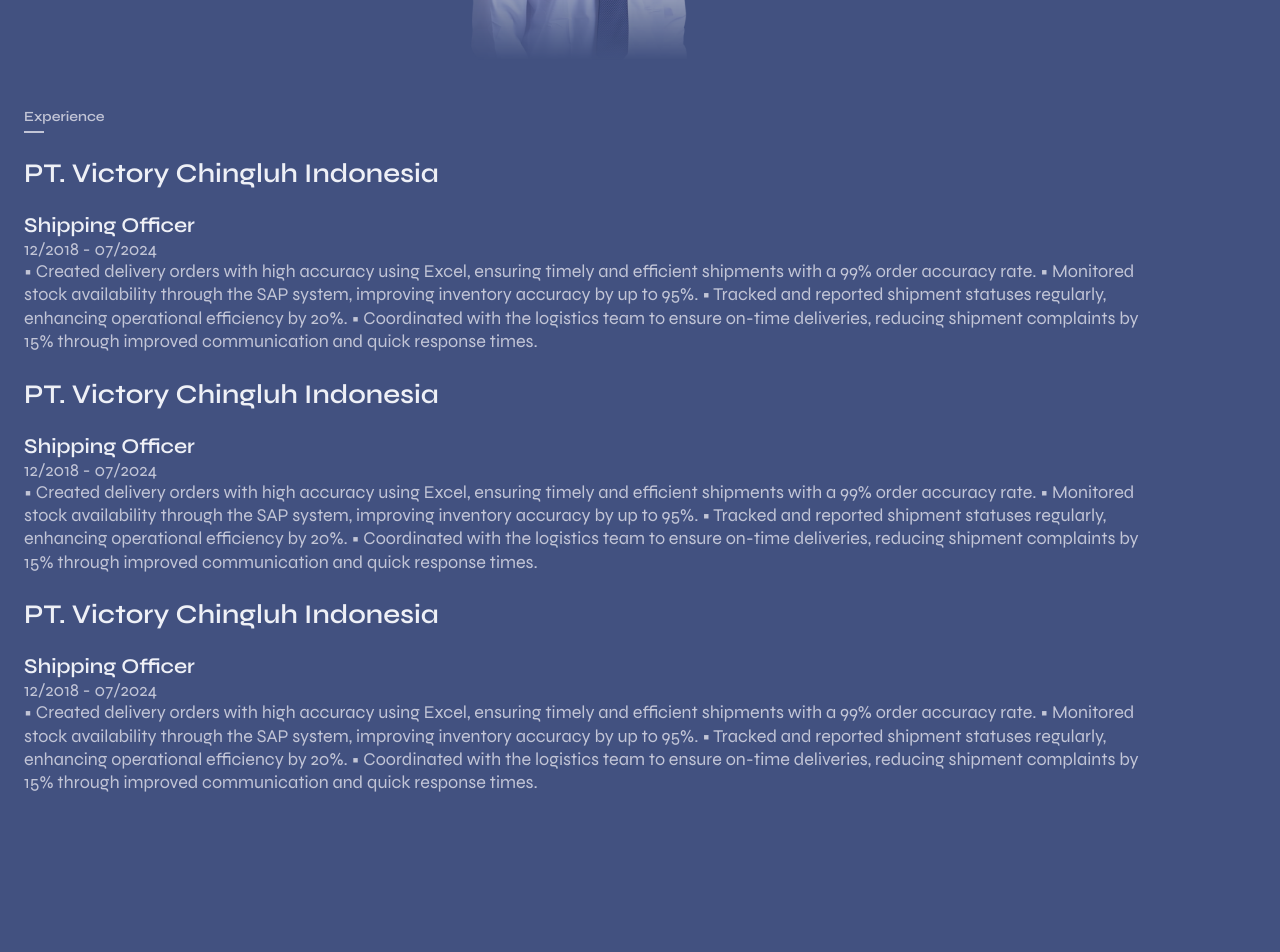
Repository: Ademaulana100499/portofolio
Page: index.html
These files come from the project's save history. The page is drawn as it stood at one moment and after the next save; the edit follows.
The browser window is 1280 px wide. The pictures show the part of the page from y = 5495 to 6447 px (the page is 6594 px tall before and 6577 px after).
A picture or video elsewhere on the page could not be fetched, so the positions and the page height are approximate. Some web fonts or font styles are not loaded; a fallback is used.

Above is the page before, as saved 2024-11-29 15:04:59.

### index.html
<!DOCTYPE html>
<html lang="en">
  <head>
    <meta charset="UTF-8" />
    <meta name="viewport" content="width=device-width, initial-scale=1.0" />
    <title>AMgrowth</title>
    <link rel="shortcut icon" href="assets/img/Favicon.png" />
    <link
      href="https://cdn.jsdelivr.net/npm/remixicon/fonts/remixicon.css"
      rel="stylesheet"
    />
    <link rel="stylesheet" href="assets/css/style.css" />
  </head>
  <body>
    <!-- HEADER -->
    <header class="header" id="header">
      <nav class="nav container">
        <a href="#" class="nav__logo">AMgrowth</a>
        <div class="nav__menu" id="nav-menu">
          <ul class="nav__list">
            <li>
              <a href="#home" class="nav__link">Home</a>
            </li>
            <li>
              <a href="#project" class="nav__link">Project</a>
            </li>
            <li>
              <a href="#info" class="nav__link">My Info</a>
            </li>
            <li>
              <a href="#services" class="nav__link">Services</a>
            </li>
            <li>
              <a href="#contact" class="nav__link">Contact Me</a>
            </li>
          </ul>
          <!-- Close Button -->
          <div class="nav__close" id="nav-close">
            <i class="ri-close-line"></i>
          </div>
        </div>

        <!-- Toggle Button -->
        <div class="nav__toggle" id="nav-toggle">
          <i class="ri-menu-line"></i>
        </div>
      </nav>
    </header>

    <!-- MAIN -->
    <main class="main" id="main">
      <!-- HOME -->
      <section class="home section" id="home">
        <div class="home__container container grid">
          <img src="assets/img/Photo.png" alt="image" class="home__img" />
          <div class="home__data">
            <h1 class="home__name">
              Ade <br />
              Maulana
            </h1>
            <h3 class="home__profession">Front-End Web Developer</h3>
          </div>
          <a href="#project" class="home__scroll">
            <div class="home__scroll-box">
              <i class="ri-arrow-down-line"></i>
            </div>
            <span class="home__scroll-text">Recent Project</span>
          </a>
        </div>
      </section>
      <!-- PROJECT -->
      <section class="project section" id="project">
        <h2 class="section__title">RECENT PROJECT</h2>
        <div class="project__container container grid">
          <article class="project__card">
            <a href="#" target="_blank" class="project__overlay"></a
            ><a href="#" target="_blank" class="project__link">
              <h2 class="project__title">To-Do List Website</h2>
              <p class="project__description">
                A simple web app to create, manage, and store tasks with a
                responsive interface and localStorage support.
              </p>
              <img
                src="assets/img/to-do-list-web.png"
                alt="image"
                class="project__img"
              />
              <i class="ri-arrow-right-line"> </i>
            </a>
          </article>
          <article class="project__card">
            <a href="#" target="_blank" class="project__overlay"></a
            ><a href="#" target="_blank" class="project__link">
              <h2 class="project__title">Cafe Website</h2>
              <p class="project__description">
                A modern website for a café showcasing its menu, ambiance
                gallery, and location, complete with an online reservation
                feature for a seamless customer experience.
              </p>
              <img
                src="assets/img/cafe web.jpg"
                alt="image"
                class="project__img"
              />
              <i class="ri-arrow-right-line"> </i>
            </a>
          </article>
          <article class="project__card">
            <a href="#" target="_blank" class="project__overlay"></a
            ><a href="#" target="_blank" class="project__link">
              <h2 class="project__title">Movie Website</h2>
              <p class="project__description">
                A website that helps users discover movies based on their
                preferences and interests. It features personalized
                recommendations, movie ratings, and genre-based categories,
                allowing users to easily find films they might enjoy.
              </p>
              <img
                src="assets/img/movies web.png"
                alt="image"
                class="project__img"
              />
              <i class="ri-arrow-right-line"> </i>
            </a>
          </article>
          <article class="project__card">
            <a href="#" target="_blank" class="project__overlay"></a
            ><a href="#" target="_blank" class="project__link">
              <h2 class="project__title">Blog Website</h2>
              <p class="project__description">
                A platform where users can read and share articles on various
                topics, with features such as categories, comments, and search
                functionality, offering a seamless reading and interaction
                experience.
              </p>
              <img
                src="assets/img/blog web.jpg"
                alt="image"
                class="project__img"
              />
              <i class="ri-arrow-right-line"> </i>
            </a>
          </article>
          <article class="project__card">
            <a href="#" target="_blank" class="project__overlay"></a
            ><a href="#" target="_blank" class="project__link">
              <h2 class="project__title">Fitness Website</h2>
              <p class="project__description">
                A website designed for gyms or personal trainers, featuring
                class schedules, available services, workout tips, and the
                option for online booking or membership registration, providing
                users with a convenient way to manage their fitness journey.
              </p>
              <img
                src="assets/img/fittnes web.avif"
                alt="image"
                class="project__img"
              />
              <i class="ri-arrow-right-line"> </i>
            </a>
          </article>
        </div>
      </section>
      <!-- INFO -->
      <section class="info section" id="info">
        <h2 class="section__title">MY INFO</h2>
        <div class="info__container container grid">
          <!-- ABOUT -->
          <div class="about grid">
            <div class="about__content">
              <h3 class="info__title">About Me</h3>
              <p class="about__description">
                I am a <b>Front-End Web Developer</b> skilled in creating
                responsive and interactive web interfaces using <b>HTML</b>,
                <b>CSS</b>, and <b>JavaScript</b>. Experienced with
                <b>React.js</b>, I strive to deliver creative and functional
                solutions to enhance user experience.
              </p>
              <a
                href="assets/pdf/CV Ade Maulana.pdf"
                download="CV Ade Maulana.pdf"
                target="_blank"
                class="button about__button"
                >Download CV</a
              >
            </div>

            <img src="assets/img/Photo2.png" alt="image" class="about__img" />
          </div>
          <!-- EXPERIENCE -->
          <div class="experience">
            <h3 class="info__title">Experience</h3>
            <div class="experience__content grid">
              <div class="experience__data grid">
                <h2 class="experience__company">
                  PT. Victory Chingluh Indonesia
                </h2>
                <div>
                  <h3 class="experience__professsion">Shipping Officer</h3>
                  <span class="experience__date">12/2018 - 07/2024</span>
                  <p class="experience__description">
                    • Created delivery orders with high accuracy using Excel,
                    ensuring timely and efficient shipments with a 99% order
                    accuracy rate. • Monitored stock availability through the
                    SAP system, improving inventory accuracy by up to 95%. •
                    Tracked and reported shipment statuses regularly, enhancing
                    operational efficiency by 20%. • Coordinated with the
                    logistics team to ensure on-time deliveries, reducing
                    shipment complaints by 15% through improved communication
                    and quick response times.
                  </p>
                </div>
              </div>
              <div class="experience__data grid">
                <h2 class="experience__company">
                  PT. Victory Chingluh Indonesia
                </h2>
                <div>
                  <h3 class="experience__professsion">Shipping Officer</h3>
                  <span class="experience__date">12/2018 - 07/2024</span>
                  <p class="experience__description">
                    • Created delivery orders with high accuracy using Excel,
                    ensuring timely and efficient shipments with a 99% order
                    accuracy rate. • Monitored stock availability through the
                    SAP system, improving inventory accuracy by up to 95%. •
                    Tracked and reported shipment statuses regularly, enhancing
                    operational efficiency by 20%. • Coordinated with the
                    logistics team to ensure on-time deliveries, reducing
                    shipment complaints by 15% through improved communication
                    and quick response times.
                  </p>
                </div>
              </div>
              <div class="experience__data grid">
                <h2 class="experience__company">
                  PT. Victory Chingluh Indonesia
                </h2>
                <div>
                  <h3 class="experience__professsion">Shipping Officer</h3>
                  <span class="experience__date">12/2018 - 07/2024</span>
                  <p class="experience__description">
                    • Created delivery orders with high accuracy using Excel,
                    ensuring timely and efficient shipments with a 99% order
                    accuracy rate. • Monitored stock availability through the
                    SAP system, improving inventory accuracy by up to 95%. •
                    Tracked and reported shipment statuses regularly, enhancing
                    operational efficiency by 20%. • Coordinated with the
                    logistics team to ensure on-time deliveries, reducing
                    shipment complaints by 15% through improved communication
                    and quick response times.
                  </p>
                </div>
              </div>
            </div>
          </div>
          <!-- SKILLS -->
          <div class="skills"></div>
        </div>
      </section>
      <!-- SERVICES -->
      <section class="services section" id="services"></section>
      <!-- CONTACT -->
      <section class="contact section" id="contact"></section>
    </main>

    <!-- FOOTER -->
    <footer class="footer" id="footer"></footer>
    <!-- SCROLL UP -->
    <!-- SCROLLREVEAL -->
    <script src=""></script>
    <!-- EMAIL JS -->
    <script src=""></script>
    <!-- MAIN JS -->
    <script src="assets/js/main.js"></script>
  </body>
</html>

### assets/css/style.css
@import url("https://fonts.googleapis.com/css2?family=Kite+One&family=Oooh+Baby&family=Orelega+One&family=Poppins:ital,wght@0,100;0,200;0,300;0,400;0,500;0,600;0,700;0,800;0,900;1,100;1,200;1,300;1,400;1,500;1,600;1,700;1,800;1,900&family=Syne:wght@400..800&display=swap");

/* VARIABLE CSS */
:root {
  --header-height: 3rem;

  /* Colors */
  --hue: 230;
  --first-color: hsl(var(--hue), 55%, 55%);
  --first-color-light: hsl(var(--hue), 55%, 65%);
  --first-color-alt: hsl(var(--hue), 50%, 50%);
  --title-color: hsl(var(--hue), 30%, 95%);
  --text-color: hsl(var(--hue), 20%, 80%);
  --text-color-light: hsl(var(--hue), 20%, 70%);
  --body-color: hsl(225, 32%, 38%);
  --container-color: hsl(var(--hue), 40%, 20%);

  /* Font and typography */
  --body-font: "Syne", sans-serif;
  --biggest-font-size: 3rem;
  --h1-font-size: 1.5rem;
  --h2-font-size: 1.25rem;
  --h3-font-size: 1rem;
  --normal-font-size: 0.938rem;
  --small-font-size: 0.813rem;

  /* Font weight */
  --font-regular: 400;
  --font-semi-bold: 600;
  --font-bold: 700;

  /* z index */
  --z-tooltip: 10;
  --z-fixed: 100;
}
/* Responsive typography */
@media screen and (min-width: 1150px) {
  :root {
    --biggest-font-size: 5.5rem;
    --big-font-size: 2.75rem;
    --h1-font-size: 2.25rem;
    --h2-font-size: 1.5rem;
    --h3-font-size: 1.25rem;
    --normal-font-size: 1.125rem;
    --small-font-size: 0.875rem;
  }
}

/* BASE */
* {
  margin: 0;
  padding: 0;
  box-sizing: border-box;
}

html {
  scroll-behavior: smooth;
}

body,
input,
textarea,
button {
  font-family: var(--body-font);
  font-size: var(--normal-font-size);
}

body {
  background-color: var(--body-color);
  color: var(--text-color);
}
input,
button,
textarea {
  outline: none;
  border: none;
}

h1,
h2,
h3 {
  color: var(--title-color);
  font-weight: var(--font-semi-bold);
}
p {
  line-height: 130%;
}

ul {
  list-style: none;
}

a {
  text-decoration: none;
}

img {
  display: block;
  max-width: 100%;
  height: auto;
}

/* REUSABLE CSS CLASSES */
.container {
  max-width: 1120px;
  margin-inline: 1.5rem;
}

.grid {
  display: grid;
  gap: 1.5rem;
}

.section {
  padding-block: 5rem 2rem;
}

.section__title {
  font-size: var(--h1-font-size);
  text-align: center;
  margin-bottom: 2rem;
  font-weight: var(--font-bold);
}
main {
  overflow: hidden;
}

/* HEADER & NAV */
.header {
  position: fixed;
  width: 100%;
  top: 0;
  left: 0;
  background-color: transparent;
  z-index: var(--z-fixed);
}
.nav {
  position: relative;
  height: var(--header-height);
  display: flex;
  justify-content: space-between;
  align-items: center;
}

.nav__logo {
  color: var(--title-color);
  font-weight: var(--font-bold);
}
.nav__toggle,
.nav__close {
  font-size: 1.5rem;
  cursor: pointer;
  color: var(--title-color);
}
/* Navigation for mobile */
@media screen and (max-width: 1150px) {
  .nav__menu {
    position: fixed;
    top: 0;
    right: -100%;
    background-color: hsla(var(--hue), 70%, 4%, 0.2);
    backdrop-filter: blur(16px);
    -webkit-backdrop-filter: blur(16px);
    width: 80%;
    height: 100%;
    padding: 7rem 3rem;
    transition: right 0.4s;
  }
}
.nav__list {
  display: flex;
  flex-direction: column;
  row-gap: 3rem;
}
.nav__link {
  position: relative;
  color: var(--title-color);
  font-weight: var(--font-semi-bold);
  transition: color 0.4s;
}
.nav__link::after {
  content: "";
  width: 0;
  height: 2px;
  background-color: var(--first-color-light);
  position: absolute;
  left: 0;
  bottom: -0.5rem;
  transition: width 0.3s;
}
.nav__link:hover {
  color: var(--first-color-light);
}
.nav__link:hover::after {
  width: 30%;
}
.nav__close {
  position: absolute;
  top: 1rem;
  right: 1.5rem;
}

/* Show Menu */
.show-menu {
  right: 0;
}
/* Add blur to header */
.blur-header::after {
  content: "";
  position: absolute;
  width: 1000%;
  height: 100%;
  background-color: hsla(var(--hue), 70%, 4%, 0.2);
  backdrop-filter: blur(16px);
  -webkit-backdrop-filter: blur(16px);
  top: 0;
  left: 0;
  z-index: -1;
}
/* Active link */

/* HOME */
.home__container {
  row-gap: 2rem;
  padding-top: 1rem;
}

.home__img {
  width: 350px;
  justify-self: center;
  mask-image: linear-gradient(
    to bottom,
    hsla(var(--hue), 40%, 16%) 60%,
    transparent 100%
  );
}
.home__name {
  font-size: var(--biggest-font-size);
  font-weight: var(--font-bold);
  word-break: break-word;
  margin-bottom: 1rem;
}
.home__profession {
  position: relative;
  font-size: var(--big-font-size);
  color: var(--text-color);
}
.home__profession::after {
  content: "";
  position: absolute;
  left: 0;
  bottom: -0.5rem;
  width: 25%;
  height: 3px;
  background-color: var(--text-color);
}
.home__scroll {
  color: var(--title-color);
  display: inline-flex;
  align-items: center;
  column-gap: 0.5rem;
  justify-self: center;
  margin-top: 3rem;
}
.home__scroll-box {
  background-color: var(--first-color);
  width: 32px;
  height: 32px;
  display: grid;
  place-items: center;
  font-size: 1.5rem;
  overflow: hidden;
}

.home__scroll-text {
  font-weight: var(--font-semi-bold);
}
.home__scroll-box i {
  animation: scroll-down 3s infinite;
}
/* animation scroll icon */
@keyframes scroll-down {
  0% {
    transform: translateY(-1rem);
    opacity: 0;
  }
  50% {
    transform: translateY(0);
    opacity: 1;
  }
  100% {
    transform: translateY(0.6rem);
    opacity: 0;
  }
}
/* BUTTON */
.button {
  display: inline-flex;
  justify-content: center;
  background-color: var(--first-color);
  color: var(--title-color);
  font-weight: var(--font-semi-bold);
  padding: 1.25rem 2rem;
  transition: background-color 0.4s;
}
.button:hover {
  background-color: var(--first-color-alt);
}
/* Project */
.project {
  background-color: var(--container-color);
}
.project__card {
  background-color: var(--first-color);
}

.project__link {
  display: block;
  position: relative;
  background-color: var(--body-color);
  padding: 2rem 1.5rem 1.5rem 1.5rem;
  color: var(--text-color);
  transition: transform 0.4s;
}
.project__title {
  font-size: var(--h3-font-size);
  margin-bottom: 0.75rem;
}

.project__description {
  margin-bottom: 1.5rem;
}
.project__link i {
  position: absolute;
  top: 1.8rem;
  right: 1.5rem;
  font-size: 1.5rem;
  color: var(--first-color-light);
  transition: transform 0.4s;
}
.project__link:hover {
  transform: translateY(-0.35rem);
}

.project__link:hover i {
  transform: translateX(0.5rem);
}

/* INFO */
.info__container {
  row-gap: 3rem;
}

.info__title {
  position: relative;
  font-size: var(--small-font-size);
  color: var(--text-color);
  margin-bottom: 2rem;
}
.info__title::after {
  content: "";
  position: absolute;
  left: 0;
  bottom: -0.5rem;
  width: 20px;
  height: 2px;
  background-color: var(--text-color);
}

/* ABOUT */
.about {
  row-gap: 3rem;
}

.about__description {
  margin-bottom: 2rem;
}
.about__description b {
  color: var(--first-color-light);
}
.about__img {
  width: 350px;
  justify-self: center;
  mask-image: linear-gradient(
    to bottom,
    hsla(var(--hue), 40%, 16%) 60%,
    transparent 100%
  );
}

.about__button {
  width: 100%;
}

### assets/js/main.js
const navMenu = document.getElementById("nav-menu"),
  navToggle = document.getElementById("nav-toggle"),
  navClose = document.getElementById("nav-close");

if (navToggle) {
  navToggle.addEventListener("click", () => {
    navMenu.classList.add("show-menu");
  });
}

if (navClose) {
  navClose.addEventListener("click", () => {
    navMenu.classList.remove("show-menu");
  });
}

const navLink = document.querySelectorAll(".nav__link");
const linkAction = () => {
  const navMenu = document.getElementById("nav-menu");
  navMenu.classList.remove("show-menu");
};
navLink.forEach((n) => n.addEventListener("click", linkAction));

// *Add blur to header*//
const blurHeader = () => {
  const header = document.getElementById("header");
  this.scrollY >= 50
    ? header.classList.add("blur-header")
    : header.classList.remove("blur-header");
};
window.addEventListener("scroll", blurHeader);

After the next save:
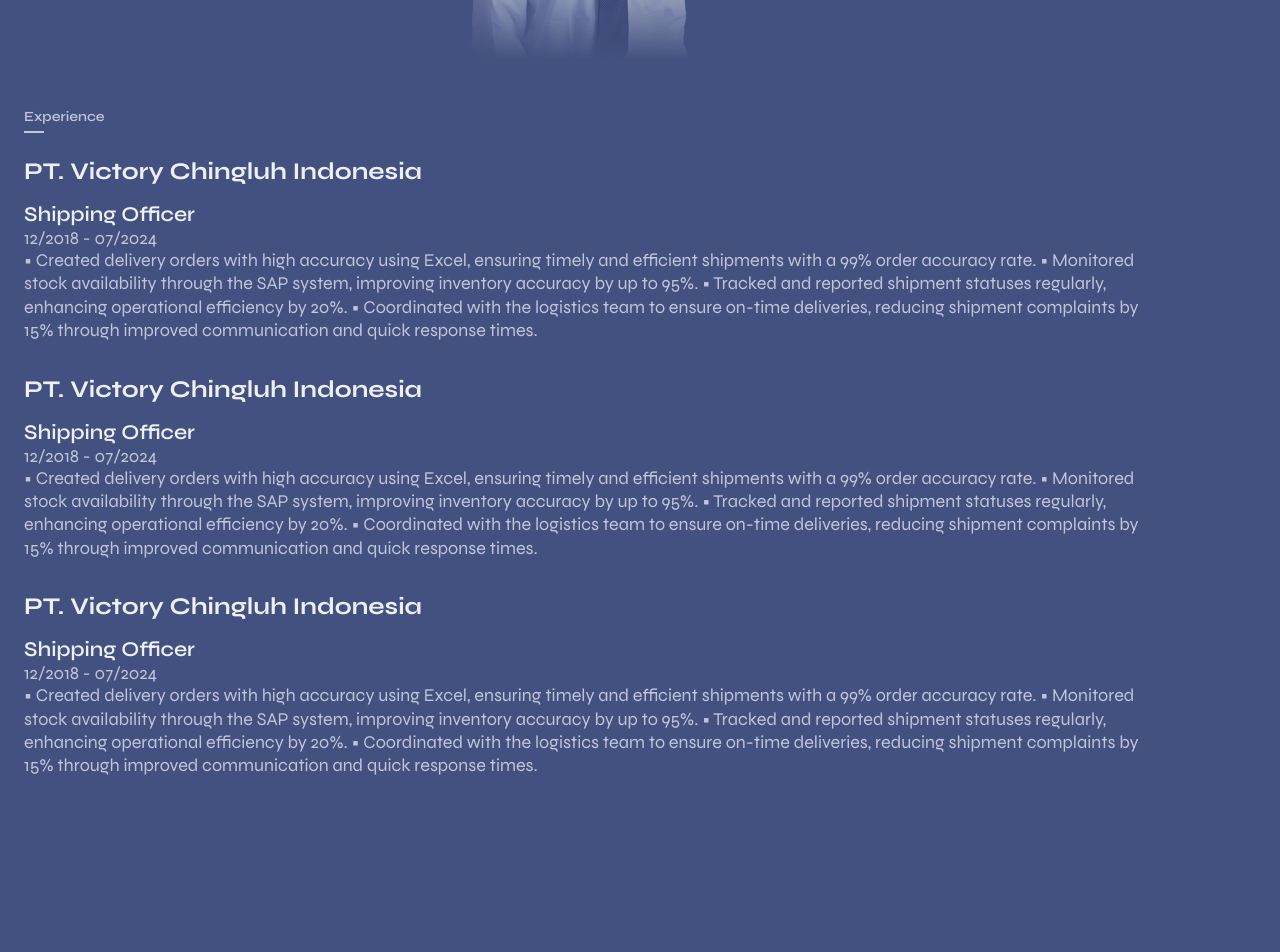
Saved 3 min 12 s later.
--- a/assets/css/style.css
+++ b/assets/css/style.css
@@ -391,3 +391,17 @@ main {
 .about__button {
   width: 100%;
 }
+
+/* EXPERIENCE */
+.experience__content {
+  row-gap: 2rem;
+}
+
+.experience__data {
+  row-gap: 1rem;
+}
+
+.experience__company {
+  font-size: var(--h2-font-size);
+  font-weight: var(--font-bold);
+}
